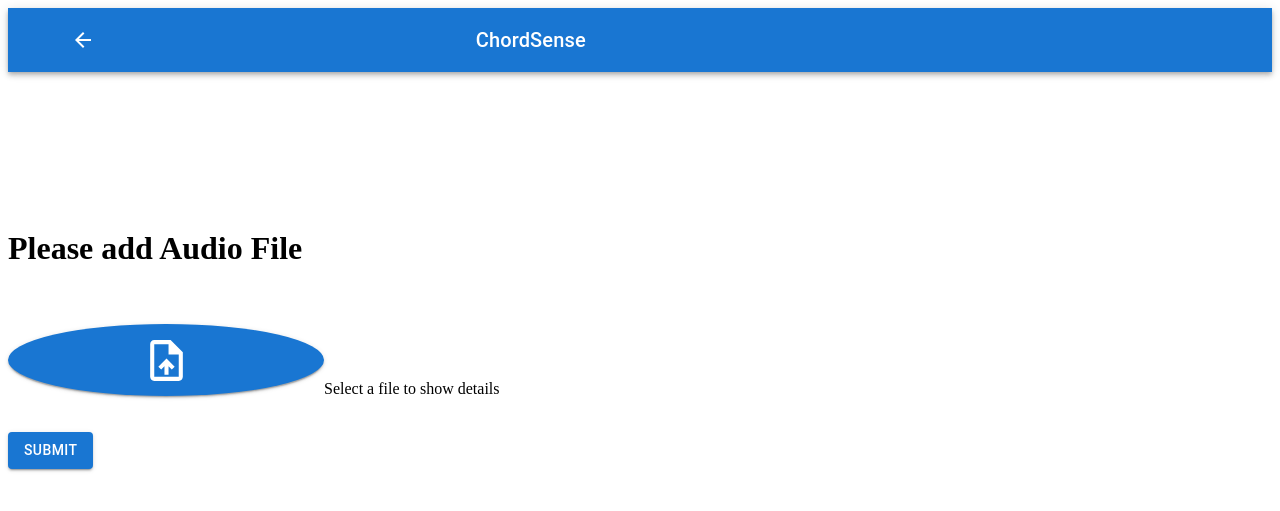
Repository: shamu332/ChordSense
Page: / (app in ui/)
An editor plug-in stored every save of this project. The page is shown before and after the next save, followed by the edit.
The browser window is 1280 px wide. The pictures show the whole page.
The project was rebuilt for these pictures with package versions that can differ from the ones it lists, and the page was loaded fresh each time. Also part of the build but not shown: ui/src/pages/Results.js.

Above is the page before, as saved 2023-03-11 15:27:41.

After the next save:
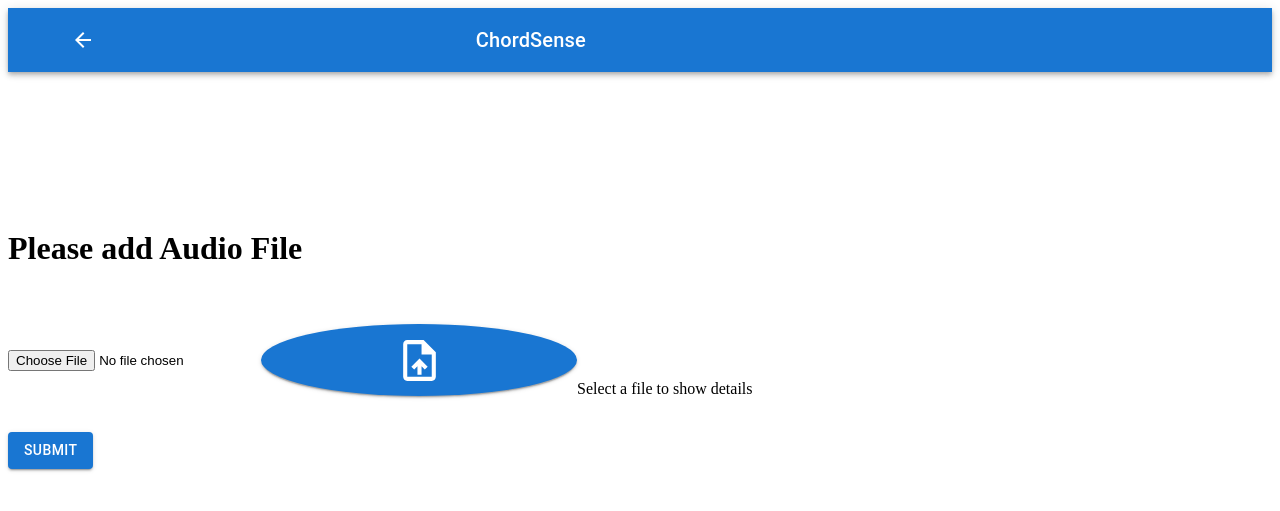
Saved 3 min 31 s later.
--- a/ui/src/pages/Landing.js
+++ b/ui/src/pages/Landing.js
@@ -59,6 +59,7 @@ const handleSubmission = () => {
               height:"20vh",
             }}
           >
+            <input type="file" name="file" onChange={changeHandler} />
             <Button
              variant="contained"
              style={{
